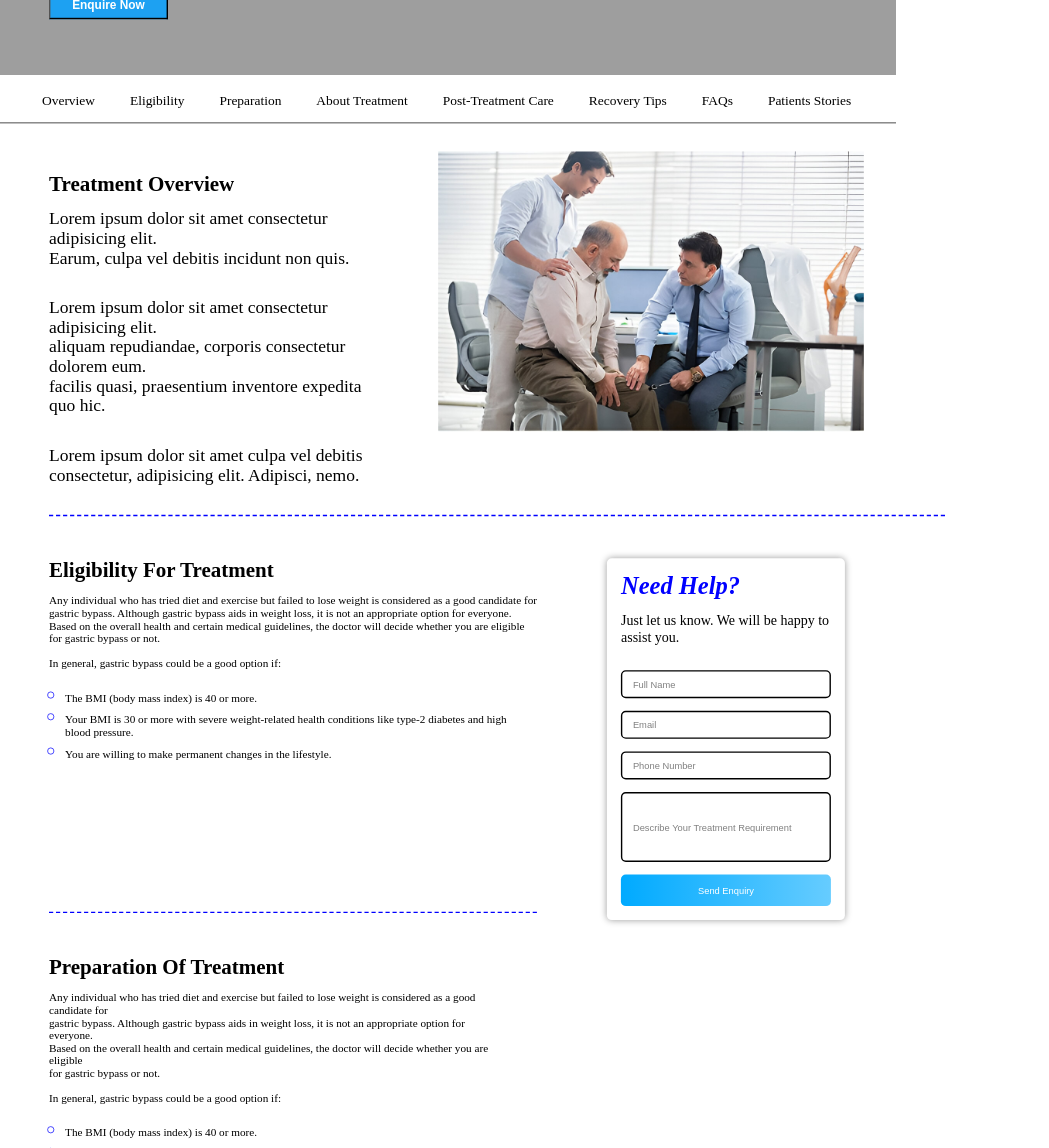
Repository: hetuk2005/webDevelopment
Page: Projects/Aafiya.html
The author's editor kept a copy of each file at every save. The page is drawn from the files as they stood at one save, then again after the next save.
The browser window is 1280 px wide. The page is 1498 px wide, so the pictures cover 1498 px, including what lies to the right of the window. The pictures show the part of the page from y = 438 to 2078 px (the page is 2186 px tall before and 2183 px after), at 70% of full size.
Pictures or frames that could not be fetched are drawn as grey boxes.

Above is the page before, as saved 2025-04-07 11:03:57.

### Projects/Aafiya.html
<!DOCTYPE html>
<html lang="en">

<head>
    <meta charset="UTF-8" />
    <meta name="viewport" content="width=device-width, initial-scale=1.0" />
    <title>Hetuk</title>
    <link rel="stylesheet" href="./CSS/Aafiya.css" />
</head>

<body>
    <nav>
        <div class="child1">
            <div class="images">
                <img src="./Images/Aafiya Logo.svg" alt="Aafiya Logo" class="img1" /><br />
                <img src="./Images/Logo 2.png" alt="Logo" class="img2" />
            </div>
            <div class="image_text">
                <div class="book_text">
                    <img src="./Images/Book.svg" alt="Book" class="img3" />
                    <div class="grid">
                        <br />
                        <p class="text">Second Medical Option</p>
                        <p class="text1">Book Consultation</p>
                    </div>
                </div>
                <div class="call_text">
                    <img src="./Images/Call.svg" alt="Call" class="img4" /><br />
                    <div class="grid">
                        <br />
                        <p class="text">Call Us On</p>
                        <p class="text1">985 896 2222</p>
                    </div>
                </div>
                <div class="mail_text">
                    <img src="./Images/Mail.png" alt="Mail" class="img5" />
                    <div class="grid">
                        <br />
                        <p class="text">Email Us On</p>
                        <p class="text1">info@mediretreats.com</p>
                    </div>
                </div>
                <div class="India">
                    <img src="./Images/India.svg" alt="India Flag" class="img6">
                    <img src="./Images/Dropdown Arrow.svg" alt="Dropdown Arrow" class="img7" />
                </div>
            </div>
        </div>
        <div class="child2">
            <ul>
                <li>Home</li>
                <li>About Us</li>
                <li>Treatments +</li>
                <li>Destinations +</li>
                <li>Hospitals</li>
                <li>FAQs</li>
                <li>Blog</li>
                <li>Request A Quote</li>
            </ul>
            <input type="search" placeholder="Search" />
        </div>
    </nav>
    <div class="home_img">
        <div class="home_child">
            <p class="home_content">Home </p><span> > </span>
            <p class="home_content">Treatments </p> <span> > </span>
            <p class="home_content">Orthopaedics </p> <span> > </span>
            <p class="home_content">Knee Replacement</p>
        </div><br>
        <h3>Total Knee Replacement</h3>
        <p class="home_description">Total knee replacement is a surgery to remove and replace the whole<br> damaged knee joint with an artificial joint.</p><br>
        <button class="enquire_now">Enquire Now</button>
    </div>
    <div class="nav2">
        <ul>
            <li class="list">Overview</li>
            <li>Eligibility</li>
            <li>Preparation</li>
            <li>About Treatment</li>
            <li>Post-Treatment Care</li>
            <li>Recovery Tips</li>
            <li>FAQs</li>
            <li>Patients Stories</li>
        </ul>
    </div>
    <div class="treatment_overview">
        <div class="treatment_text">
            <h3>Treatment Overview</h3>
            <br>
            <p>Lorem ipsum dolor sit amet consectetur adipisicing elit.<br> Earum, culpa vel debitis incidunt non quis.</p>
            <br>
            <p>Lorem ipsum dolor sit amet consectetur adipisicing elit.<br> aliquam repudiandae, corporis consectetur dolorem eum.<br> facilis quasi, praesentium inventore expedita quo hic.
            </p>
            <br>
            <p>Lorem ipsum dolor sit amet culpa vel debitis<br> consectetur, adipisicing elit. Adipisci, nemo.</p>
            <br>
        </div>
        <div class="treatment_img">
            <img src="./Images/treatment_overview (1).jpg" alt="Image" />
        </div>
    </div>
    <div class="eligibility_for_treatment">
        <div class="eligibility_text">
            <h3>Eligibility For Treatment</h3>
            <br>
            <p>Any individual who has tried diet and exercise but failed to lose weight is considered as a good candidate for<br> gastric bypass. Although gastric bypass aids in weight loss, it is not an appropriate option for everyone.<br> Based on the
                overall health and certain medical guidelines, the doctor will decide whether you are eligible<br> for gastric bypass or not.</p>
            <br>
            <p>In general, gastric bypass could be a good option if:</p>
            <br>
            <ul>
                <li>The BMI (body mass index) is 40 or more.</li>
                <li>Your BMI is 30 or more with severe weight-related health conditions like type-2 diabetes and high<br> blood pressure.</li>
                <li>You are willing to make permanent changes in the lifestyle.</li>
            </ul>
        </div>
        <br>
        <div class="eligibility_form">
            <h3>Need Help?</h3><br>
            <p>Just let us know. We will be happy to<br> assist you.</p><br><br>
            <form>
                <input type="text" placeholder="Full Name" /><br /><br>
                <input type="email" placeholder="Email" /><br /><br>
                <input type="tel" placeholder="Phone Number" /><br /><br>
                <input type="textarea" placeholder="Describe Your Treatment Requirement" class="textarea" /><br /><br>
                <button class="Enquiry">Send Enquiry</button>
            </form>
        </div>
    </div>
    <div class="preparation_of_treatment">
        <h3>Preparation Of Treatment</h3>
        <br>
        <p>Any individual who has tried diet and exercise but failed to lose weight is considered as a good candidate for<br> gastric bypass. Although gastric bypass aids in weight loss, it is not an appropriate option for everyone.<br> Based on the overall
            health and certain medical guidelines, the doctor will decide whether you are eligible<br> for gastric bypass or not.</p>
        <br>
        <p>In general, gastric bypass could be a good option if:</p>
        <br>
        <ul>
            <li>The BMI (body mass index) is 40 or more.</li>
            <li>Your BMI is 30 or more with severe weight-related health conditions like type-2 diabetes and high<br> blood pressure.</li>
            <li>You are willing to make permanent changes in the lifestyle.</li>
        </ul>
    </div>
</body>

</html>

### Projects/CSS/Aafiya.css
* {
    margin: 0;
    padding: 0;
    box-sizing: border-box;
}

nav {
    width: 100%;
}

.child1 {
    display: flex;
    padding-top: 15px;
    gap: 20px;
    /* height: 50vh; */
    /* border: 1px solid black; */
    justify-content: space-evenly;
    align-items: center;
}

.img3,
.img4,
.img5 {
    height: 60px;
    width: 60px;
    padding-top: 10px;
    object-fit: contain;
}

.book_text,
.call_text,
.mail_text {
    display: flex;
    width: 270px;
    /* border: 1px solid red; */
    justify-content: center;
    padding-bottom: 15px;
}

.grid {
    display: grid;
    text-align: left;
    padding-left: 10px;
}

.img1 {
    height: 70px;
    width: 300px;
    object-fit: contain;
}

.img2 {
    height: 80px;
    width: 70px;
    object-fit: contain;
}

.image_text {
    display: flex;
    gap: 20px;
    padding-right: 50px;
}

.images {
    display: flex;
    gap: 25px;
    padding-left: 50px;
    justify-content: center;
    align-items: center;
}

.text1 {
    font-weight: bolder;
    font-size: large;
}

.text {
    font-weight: bold;
    color: gray;
    font-size: large;
}

.India {
    display: flex;
    padding-left: 5px;
    justify-content: center;
    gap: 8px;
}

.India>.img6 {
    height: 50px;
    /* width: 50px; */
    padding-top: 10px;
    object-fit: contain;
}

.India>.img7 {
    height: 40px;
    /* width: 40px; */
    padding-top: 23px;
    object-fit: contain;
}

.child2 {
    display: flex;
    padding-top: 10px;
    /* border: 1px solid black; */
    justify-content: space-evenly;
    align-items: center;
    color: white;
    padding-bottom: 10px;
    background-color: rgb(125, 163, 244);
}

.child2>ul {
    list-style-type: none;
    display: flex;
    gap: 60px;
    justify-content: center;
    font-weight: bold;
    align-items: center;
    font-size: larger;
    padding-right: 60px;
}

.child2>input {
    height: 45px;
    background-color: rgb(125, 163, 244);
    width: 200px;
    padding-left: 10px;
    font-weight: bold;
    border: 2px solid black;
}

.child2>input::placeholder {
    color: white;
    text-align: center;
    font-size: large;
    font-weight: bolder;
    opacity: 0.8;
}

.home_img {
    background-image: url(../Images/Main\ Image.jpg);
    background-position: center center;
    background-size: cover;
    background-repeat: no-repeat;
    padding: 80px 0;
    padding-left: 70px;
    position: relative;
    color: white
}

.home_img>.home_child {
    display: flex;
    gap: 20px;
}

.home_img>.home_child>.home_content,
span {
    font-size: 20px;
    font-weight: bold;
}

.home_img>h3 {
    font-size: 37px;
    font-weight: bolder;
    margin-bottom: 15px;
}

.home_img>.home_description {
    font-size: 19px;
    margin-bottom: 25px;
    font-weight: bold;
}

.home_img>.home_child>span {
    color: red
}

.home_img>.enquire_now {
    background-color: #1da1f2;
    font-weight: bold;
    color: white;
    font-size: 17px;
    width: 170px;
    height: 40px;
}

.nav2>ul {
    list-style-type: none;
    display: flex;
    gap: 50px;
    padding-left: 60px;
    padding-top: 25px;
    padding-bottom: 20px;
    border-bottom: 2px solid gray;
    font-size: larger;
    font-weight: 300;
}

.nav2>ul>.list:hover {
    text-decoration: underline;
}

.treatment_overview {
    display: flex;
    width: 100%;
    gap: 50px;
    margin-bottom: 10px;
    border-bottom: 2px dashed blue;
    margin-left: 70px;
}

.treatment_overview>.treatment_text {
    padding-top: 70px;
}

.treatment_overview>.treatment_text>p {
    font-size: 25px;
    padding-bottom: 25px;
}

.treatment_overview>.treatment_text>h3 {
    font-weight: bold;
    font-size: 30px;
}

.treatment_overview>.treatment_img>img {
    height: 480px;
    width: 700px;
    padding-top: 40px;
    padding-bottom: 40px;
    object-fit: contain;
    margin-right: 70px;
}

.eligibility_for_treatment {
    display: flex;
    width: 100%;
    gap: 50px;
    padding-top: 50px;
    margin-left: 70px;
}

.eligibility_for_treatment>.eligibility_text {
    border-bottom: 2px dashed blue;
    margin-bottom: 10px;
    padding-bottom: 10px;
}

.eligibility_for_treatment>.eligibility_text>h3 {
    font-size: 30px;
    font-weight: bold;
}

.eligibility_for_treatment>.eligibility_text>ul {
    list-style-type: circle;
    padding-left: 23px;
}

.eligibility_for_treatment>.eligibility_text>ul>li::marker {
    color: blue;
    font-size: 30px;
    font-weight: bold;
}

.eligibility_for_treatment>.eligibility_form>h3 {
    font-size: 35px;
    color: blue;
    font-weight: bold;
    font-style: italic;
}

.eligibility_form {
    box-shadow: 0 0 10px rgba(0, 0, 0, 0.4);
    border-radius: 7px;
    padding: 20px;
}

.eligibility_for_treatment>.eligibility_form>p {
    font-size: 20px;
}

.eligibility_for_treatment>.eligibility_form>form>input {
    height: 40px;
    width: 300px;
    gap: 20px;
    border: 2px solid black;
    border-radius: 7px;
}

.eligibility_for_treatment>.eligibility_form>form>input::placeholder {
    color: gray;
    padding-left: 15px;
}

.eligibility_for_treatment>.eligibility_form>form>.textarea {
    height: 100px;
    width: 300px;
    border: 2px solid black;
    border-radius: 7px;
}


/*.eligibility_for_treatment>.eligibility_form>form>.textarea::placeholder {
    padding-bottom: 70px;
}*/

.eligibility_for_treatment>.eligibility_form>form>button {
    background: linear-gradient(to right, #00aaff, #66ccff);
    color: white;
    width: 100%;
    border-radius: 7px;
    border: none;
    height: 45px;
}

.preparation_of_treatment>h3 {
    font-size: 30px;
    font-weight: bold;
}

.preparation_of_treatment {
    border-bottom: 2px dashed blue;
    margin-bottom: 10px;
    padding-bottom: 10px;
    gap: 50px;
    padding-top: 50px;
    margin-left: 70px;
    width: 50%;
}

.preparation_of_treatment>ul {
    list-style-type: circle;
    padding-left: 23px;
}

.preparation_of_treatment>ul>li::marker {
    color: blue;
    font-size: 30px;
    font-weight: bold;
}

After the next save:
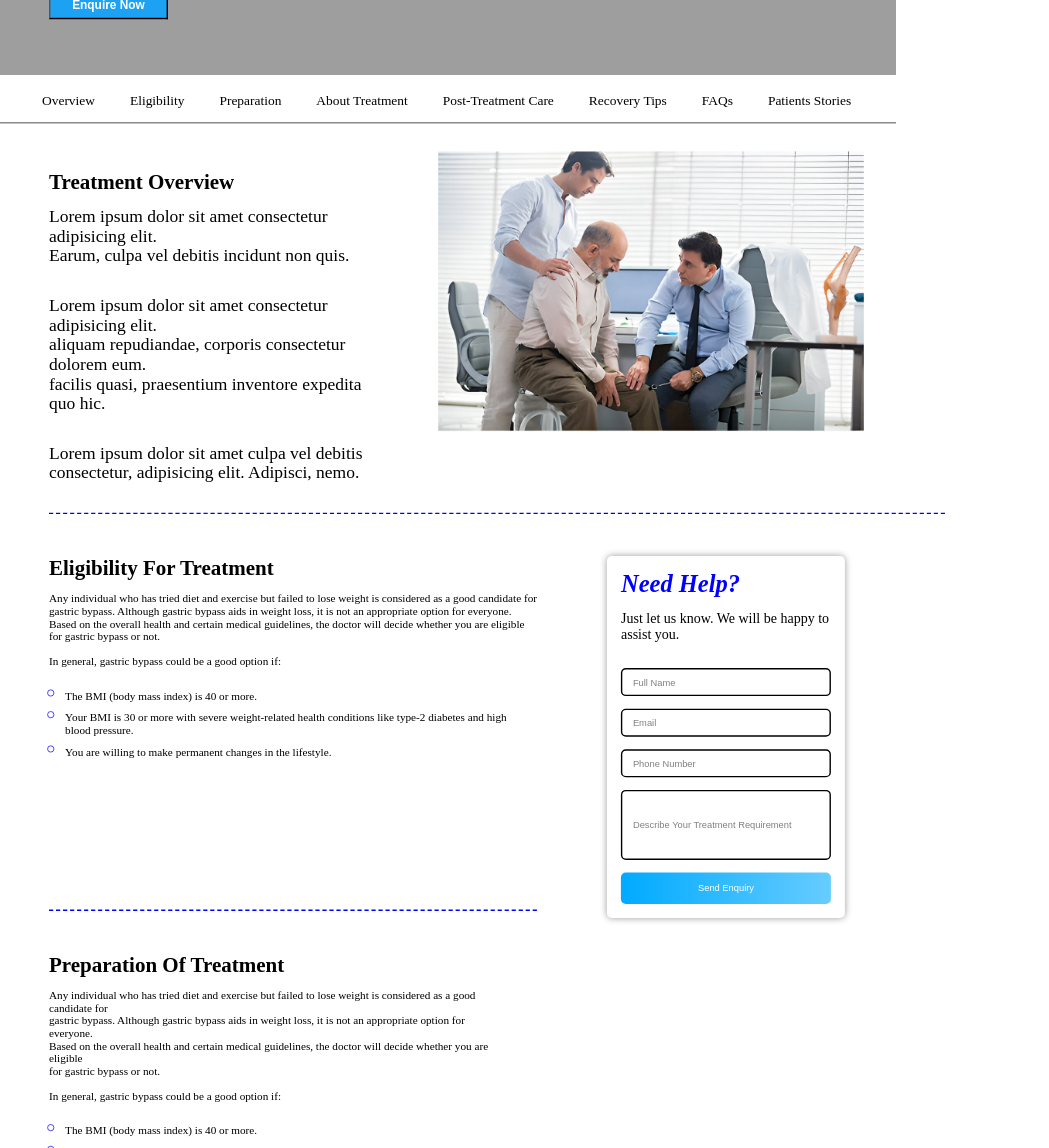
Saved 21 s later.
--- a/Projects/CSS/Aafiya.css
+++ b/Projects/CSS/Aafiya.css
@@ -213,7 +213,7 @@ span {
 }
 
 .treatment_overview>.treatment_text {
-    padding-top: 70px;
+    padding-top: 67px;
 }
 
 .treatment_overview>.treatment_text>p {
